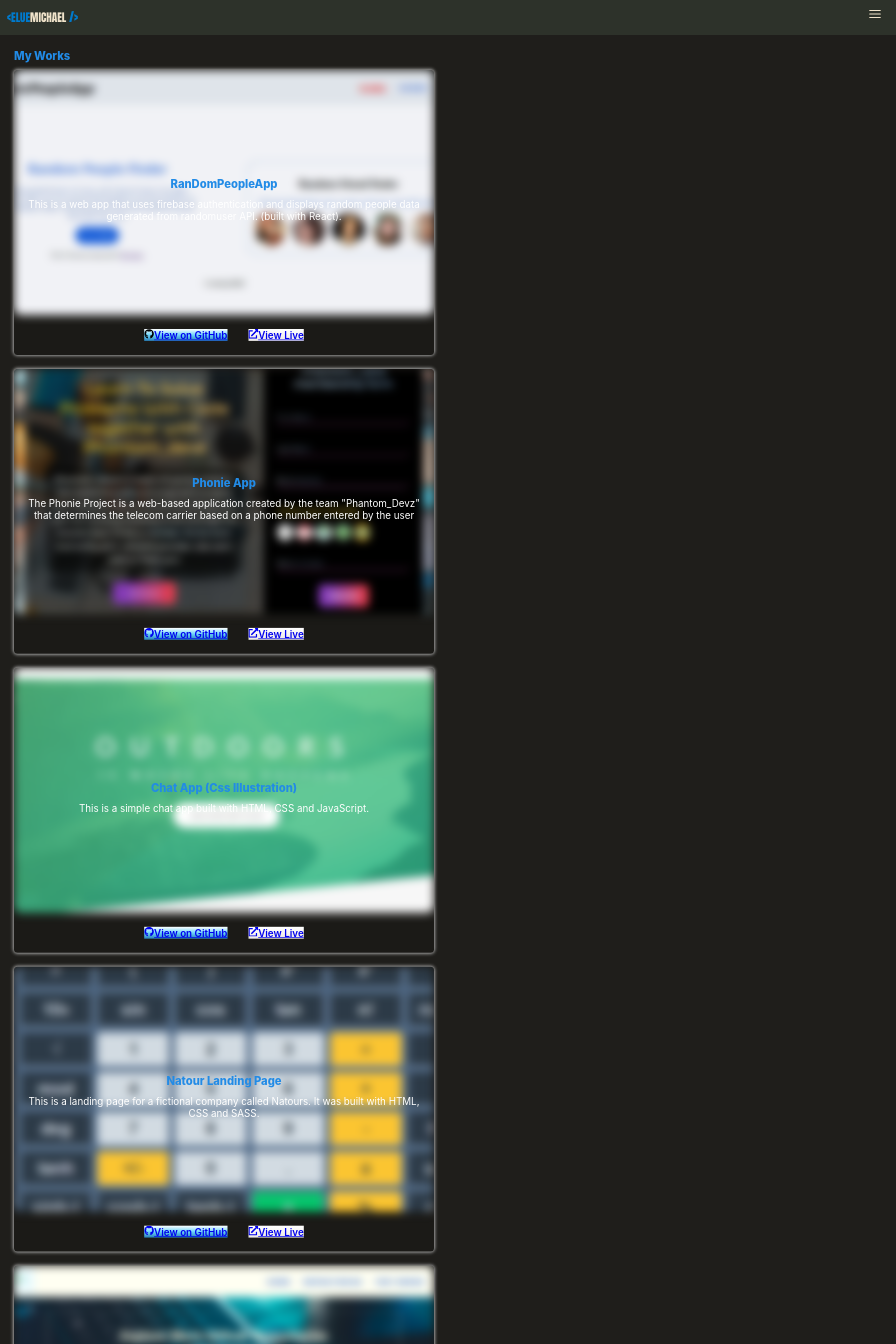
Repository: MikkyPrestige/portfolio
Page: /projects
The author's editor kept a copy of each file at every save. The page is drawn from the files as they stood at one save, then again after the next save.
The browser window is 1280 px wide. The pictures show the part of the page from y = 0 to 1920 px (the page is 5651 px tall before and 5326 px after), at 70% of full size.
The project was rebuilt for these pictures with package versions that can differ from the ones it lists, and the page was loaded fresh each time. Also part of the build but not shown: src/components/avatar.jsx, src/components/home.jsx, src/components/about.jsx, src/components/fallback.jsx.

Above is the page before, as saved 2023-02-21 18:32:34.

### public/index.html
<!DOCTYPE html>
<html lang="en">
  <head>
    <meta charset="utf-8" />
    <link rel="icon" href="%PUBLIC_URL%/favicon.ico" />
    <meta name="viewport" content="width=device-width, initial-scale=1" />
    <meta name="theme-color" content="#000000" />
    <meta
      name="description"
      content="Web site created using create-react-app"
    />
    <link rel="apple-touch-icon" href="%PUBLIC_URL%/logo192.png" />
    <!--
      manifest.json provides metadata used when your web app is installed on a
      user's mobile device or desktop. See https://developers.google.com/web/fundamentals/web-app-manifest/
    -->
    <link rel="manifest" href="%PUBLIC_URL%/manifest.json" />
    <!--
      Notice the use of %PUBLIC_URL% in the tags above.
      It will be replaced with the URL of the `public` folder during the build.
      Only files inside the `public` folder can be referenced from the HTML.

      Unlike "/favicon.ico" or "favicon.ico", "%PUBLIC_URL%/favicon.ico" will
      work correctly both with client-side routing and a non-root public URL.
      Learn how to configure a non-root public URL by running `npm run build`.
    -->
    <title>Elue Michael Portfolio</title>
  </head>
  <body>
    <noscript>You need to enable JavaScript to run this app.</noscript>
    <div id="root"></div>
    <!--
      This HTML file is a template.
      If you open it directly in the browser, you will see an empty page.

      You can add webfonts, meta tags, or analytics to this file.
      The build step will place the bundled scripts into the <body> tag.

      To begin the development, run `npm start` or `yarn start`.
      To create a production bundle, use `npm run build` or `yarn build`.
    -->
  </body>
</html>

### src/assets/styles/sass/main.scss
@import 'abstracts/variables';
@import 'base/utilities';
@import 'base/base';
@import 'layouts/header';
@import 'pages/home';
@import 'pages/about';
@import 'pages/projects';

// @media (prefers-reduced-motion: no-preference) {
//   .App-logo {
//     animation: App-logo-spin infinite 20s linear;
//   }
// }

// @keyframes App-logo-spin {
//   from {
//     transform: rotate(0deg);
//   }
//   to {
//     transform: rotate(360deg);
//   }
// }

### src/assets/styles/sass/abstracts/_variables.scss
:root {
  --color-primary: #cc4600;
  --color-secondary: #bb45cb;
  --color-tertiary: #eefff8;

  // MARK UP
  --color--markup: #FF8303;
  // TEXT
  --color--text: #F0E3CA;

  // BACKGROUND
  --color--bg: #2D322A;
  --color--bg-light: #242320;
  --color--bg-dark: #1B1A17;
  --color--bg-dark-2: #1F1E1B;
  //DARK
  --color--dark: rgba(22, 22, 22, 1);
  --color--dark-1: rgba(34, 34, 34, 1);
  --color--dark-2: rgba(45, 45, 45, 1);
  --color--dark-3: rgba(51, 51, 51, 1);
  --color--dark-4: rgba(189, 189, 189, 1);
  //WHITE
  --color--white: rgba(255, 255, 255, 1);
  --color--white-1: rgba(240, 227, 202, 1);
  --color--white-2: #ece9e6;
  --color--white-op: rgba(240, 227, 202, 0.76);

  // GRAY
  --color--gray: #ABB2BF;

  --light-blue: rgba(97, 218, 251, 1);
  --light-blue--1: #3bc9db;
  --light-blue--2: #6dd5fa;
  --dark-blue: rgba(0, 122, 204, 1);
  --dark-blue--1: #2980b9;
  --blue-cyan: #228be6;
  --dark-blue-op: rgba(6, 6, 7, 0.82);

  --color--green: rgba(131, 205, 41, 1);

  //Font size
  --font-size: 1rem;
  --font-size--small: 1.2rem;
  --font-size--medium: 1.4rem;
  --font-size--large: 1.6rem;
  --font-size--x-large: 1.8rem;
  --font-size--xx-large: 2rem;
  // ICON FONTS
  --font-size--icon: 3rem;
  --font-size--icon-1: 3.5rem;
  --font-size--icon-2: 4rem;


  //Font family
  --font-family: 'Roboto', sans-serif;
  --font--family--primary: 'Inter', sans-serif;
  --font-family--secondary: 'Inconsolata', monospace;
  --font-family--tertiary: 'Impact', sans-serif;
  --font-family--2: 'Fira Code', monospace;

  // FONT WEIGHT
  --font-weight--light: 300;
  --font-weight--regular: 400;
  --font-weight--medium: 600;
  --font-weight--bold: 800;
  --font-weight--boldest: 900;
}

### src/assets/styles/sass/base/_utilities.scss
.github-link-bg {
  background: linear-gradient(to top, var(--dark-blue--1), var(--light-blue--2), var(--color--white));
}

.live-link-bg {
  background: linear-gradient(to top, var(--color--white-2), var(--color--white));
}

### src/assets/styles/sass/base/_base.scss
*,
*::after,
*::before {
  margin: 0;
  padding: 0;
  box-sizing: border-box;
}

html {
  font-size: 62.5%;
  font-family: var(--font-family);
  color: var(--color-white);
  background-color: var(--color--bg);
}

::selection {
  background-color: var(--color-primary);
  color: var(--color-white);
}

### src/assets/styles/sass/layouts/_header.scss
.layout {
  width: 100%;
  height: 5rem;

  &--header {
    display: flex;
    justify-content: space-between;
    align-items: center;
    padding: 1rem;

    &__title {
      text-align: center;

      &__content {
        color: var(--color--text);
        font-family: var(--font-family--tertiary);
        font-size: var(--font-size--large);
        font-weight: var(--font-weight--regular);
        position: absolute;
        z-index: 1000;

        &__span {
          color: var(--dark-blue);
          font-size: var(--font-size--x-large);

          &--2 {
            color: var(--dark-blue);
          }
        }
      }
    }
  }

  &--menu {
    position: relative;

    &__button {
      position: fixed;
      top: 1rem;
      right: 2rem;
      z-index: 10;
      background-color: var(--color--bg);
      color: var(--color--text);
      border: none;
      font-size: var(--font-size--xx-large);
      font-weight: var(--font-weight--bold);
      cursor: pointer;
    }

    &__content {
      position: fixed;
      top: 0;
      right: 0;
      width: 0;
      max-width: 100%;
      height: 85%;
      background-color: var(--color--bg-dark);
      z-index: 5;
      overflow: hidden;

      &.show {
        width: 100%;
        transition: all 1s ease-in-out;
        -webkit-transition: all 1s ease-in-out;
        -moz-transition: all 1s ease-in-out;
        -ms-transition: all 1s ease-in-out;
        -o-transition: all 1s ease-in-out;
      }

      &__list {
        list-style: none;
        display: flex;
        flex-direction: column;
        justify-content: center;
        align-items: center;
        gap: 5rem;
        padding: 0;
        margin-top: 8rem;

        &__item {
          color: var(--dark-blue);
          font-family: var(--font-family--secondary);
          font-size: var(--font-size--large);
          font-weight: var(--font-weight--bold);
          font-style: normal;
          text-transform: capitalize;
          cursor: pointer;
          transition: all 1s ease-in-out;
          -webkit-transition: all 1s ease-in-out;
          -moz-transition: all 1s ease-in-out;
          -ms-transition: all 1s ease-in-out;
          -o-transition: all 1s ease-in-out;

          &:hover,
          &:active {
            color: var(--color--text);
          }

          span {
            color: var(--color--white-1);
          }
        }
      }
    }
  }


  &--large {
    display: none;
  }
}

### src/assets/styles/sass/pages/home.scss
.home {
  width: 100%;
  height: 100vh;
  background: radial-gradient(100% 100% at 50% 100%, var(--color--bg-dark-2) 21.52%, var(--color--bg-dark) 100%);

  &--contents {
    display: flex;
    flex-direction: column;
    justify-content: center;
    align-items: center;
    padding: 3rem 5rem;
    gap: 3rem;
  }

  &--content {
    display: flex;
    flex-direction: column;
    align-items: flex-start;
    padding: 0;
    gap: .5rem;

    &__title {
      font-family: var(--font-family--secondary);
      font-size: var(--font-size--x-large);
      font-weight: var(--font-weight--boldest);
      color: var(--dark-blue);
    }

    &__subtitle {
      font-family: var(--font-family--secondary);
      font-size: var(--font-size--large);
      font-weight: var(--font-weight--bold);
      color: var(--color--text);
    }

    &__desc {
      font-family: var(--font-family--secondary);
      font-size: var(--font-size--small);
      font-weight: var(--font-weight--regular);
      color: var(--color--white-1);
    }
  }

  &--avatar {
    border-radius: 5%;
    -webkit-border-radius: 5%;
    -moz-border-radius: 5%;
    -ms-border-radius: 5%;
    -o-border-radius: 5%;
    background-image: radial-gradient(circle, var(--blue-cyan) 5%, var(--light-blue--1) 95%);
  }
}

### src/assets/styles/sass/pages/_about.scss
.about {
  width: 100%;
  height: 100%;
  background-color: var(--color--bg-dark-2);
  color: var(--color--gray);

  &--wrapper {
    display: flex;
    flex-direction: column;
    justify-content: center;
    align-items: center;
    gap: 1rem;
  }

  &--desc {
    padding: 5rem;
    display: flex;
    flex-direction: column;
    justify-content: center;
    align-items: center;
    gap: 5rem;
  }

  &--img {
    position: relative;

    &__content1 {
      width: 3rem;
      height: 3rem;
      position: absolute;
      top: 0;
      left: 0;
      background: var(--dark-blue);
      transform: rotate(51.88deg);
    }

    &__content2 {
      width: 3rem;
      height: 3rem;
      position: absolute;
      top: 0;
      left: 0;
      background: var(--color--white-op);
    }
  }

  &--content {
    display: flex;
    flex-direction: column;
    justify-content: center;
    align-items: flex-start;
    gap: 2rem;
    font-family: var(--font-family--2);

    &__title {
      line-height: 2;

      &__head {
        font-size: var(--font-size--x-large);
        font-weight: var(--font-weight--medium);
      }

      &__span {
        color: var(--dark-blue);
      }

      &__subhead {
        font-size: var(--font-size--medium);
        font-weight: var(--font-weight--regular);
      }
    }

    &__text {
      padding-left: 3rem;
      line-height: 1.5;
      color: var(--color--text);

      &__head {
        font-size: var(--font-size--large);
        font-weight: var(--font-weight--regular);

        &__name {
          color: var(--blue-cyan);
          font-weight: var(--font-weight--medium);
        }
      }

      &__desc {
        font-size: var(--font-size--small);
        font-weight: var(--font-weight--regular);
      }
    }
  }

  &--skills {
    display: flex;
    flex-direction: column;
    justify-content: center;
    align-items: center;
    gap: 2rem;

    &__title__head {
      font-size: var(--font__title -size--x-large);
      font-weight: var(--font-weight--medium);
      color: var(--dark-blue);
      text-transform: capitalize;
    }

    &__icon {
      font-size: var(--font-size--medium);
      color: var(--color--white-1);
    }

    &__content {
      display: flex;
      flex-direction: column;
      align-items: flex-start;
      gap: 2rem;
      padding: 0;
      width: 100%;

      &__items {
        display: grid;
        grid-template-columns: repeat(2, 1fr);
        gap: 2rem 5rem;
        width: 100%;
        padding: 1rem 3rem;
        border-radius: 1rem;
        background-color: var(--color--bg-dark);

        &__card {
          display: flex;
          flex-direction: column;
          justify-content: center;
          align-items: center;
          padding: 1rem;
          width: 10rem;
          border-radius: 1rem;
          -webkit-border-radius: 1rem;
          -moz-border-radius: 1rem;
          -ms-border-radius: 1rem;
          -o-border-radius: 1rem;

          &__icon {
            font-size: var(--font-size--icon-2);
          }

          &__text {
            font-family: var(--font-family--secondary);
            font-size: var(--font-size--medium);
            font-weight: var(--font-weight--medium);
            color: var(--color--white-1);
          }
        }
      }
    }
  }
}

### src/assets/styles/sass/pages/_projects.scss
.project {
  padding: 2rem;
  background-color: var(--color--bg-dark-2);

  &--title {
    font-family: var(--font--family--secondary);
    font-size: var(--font-size--large);
    font-weight: var(--font-weight--bold);
    color: var(--blue-cyan);
    margin-bottom: 1rem;
  }

  &--wrapper {
    display: grid;
    grid-template-columns: repeat(1, 1fr);
    gap: 2rem;
    width: 100%;
  }

  &--card {
    background-color: var(--color--bg-dark);
    // margin: auto;
    padding: 1rem;
    border-radius: 0.5rem;
    box-shadow: 0 0 0.5rem 0.1rem var(--color--dark-4);
    transition: all 0.3s ease-in-out;
    position: relative;
    display: flex;
    flex-direction: column;
    justify-content: center;
    align-items: center;
    // height: 100%;
    max-width: 60rem;
    overflow-y: hidden;

    &:hover {
      transform: translateY(-0.5rem);
      box-shadow: 0 0 0.5rem 0.1rem var(--color--dark-4);
    }

    &__blur {
      position: absolute;
      top: 0;
      left: 0;
      width: 100%;
      height: 35rem;
      border-radius: 1rem;
      background-size: cover;
      background-position: center;
      background-repeat: no-repeat;
      filter: blur(0.7rem);
      //z-index: 1;

      &-1 {
        background-image: url(../../../images/randomApp.jpeg);
      }

      &-2 {
        background-image: url(../../../images/phonieApp.jpeg);
      }

      &-3 {
        background-image: url(../../../images/natours.jpeg);
      }

      &-4 {
        background-image: url(../../../images/calculator.jpeg);
      }

      &-5 {
        background-image: url(../../../images/repoApp.jpeg);
      }

      &-6 {
        background-image: url(../../../images/fylo.jpeg);
      }

      &-7 {
        background-image: url(../../../images/orderCard.jpeg);
      }

      &-8 {
        background-image: url(../../../images/phonyApp.jpeg);
      }

      &-9 {
        background-image: url(../../../images/ratingApp.jpeg);
      }

      &-10 {
        background-image: url(../../../images/chatAppCss.jpeg);
      }

      &-11 {
        background-image: url(../../../images/trillo.jpeg);
      }

      &-12 {
        background-image: url(../../../images/statsCard.jpeg);
      }

      &-13 {
        background-image: url(../../../images/phonyApp.jpeg);
      }

      &-14 {
        background-image: url(../../../images/shoebrand.jpeg);
      }
    }

    &__content {
      height: 35rem;
      width: 100%;
      display: flex;
      flex-direction: column;
      justify-content: center;
      align-items: center;
      gap: 1rem;
      position: relative;
      top: 0;
      left: 0;
      // z-index: 10;

      &__title {
        font-family: var(--font--family--secondary);
        font-size: var(--font-size--large);
        font-weight: var(--font-weight--bold);
        color: var(--blue-cyan);
      }

      &__desc {
        font-family: var(--font--family--secondary);
        font-size: var(--font-size--medium);
        font-weight: var(--font-weight--regular);
        color: var(--color--white);
        text-align: center;
      }
    }

    &__links {
      display: flex;
      align-items: center;
      gap: 3rem;
      text-decoration: none;
        padding: 1rem;
        border-radius: 0.5rem;
        font-family: var(--font--family--secondary);
        font-size: var(--font-size--medium);
        font-weight: var(--font-weight--medium);
        color: var(--color--white);

      &__link {
        // text-decoration: none;
        // padding: 1rem;
        // border-radius: 0.5rem;
        // font-family: var(--font--family--secondary);
        // font-size: var(--font-size--medium);
        // font-weight: var(--font-weight--medium);
        // color: var(--color--white);
        transition: all 0.3s ease-in-out;

        &:hover {
          color: var(--blue-cyan);
        }
      }
    }
  }
}

Loaded but not shown: src/index.css (common file); src/reportWebVitals.js (common file); src/index.js (21 lines, source omitted); src/App.js (22 lines, source omitted); src/components/projects.jsx (437 lines, source omitted); src/components/layout.jsx (141 lines, source omitted)

After the next save:
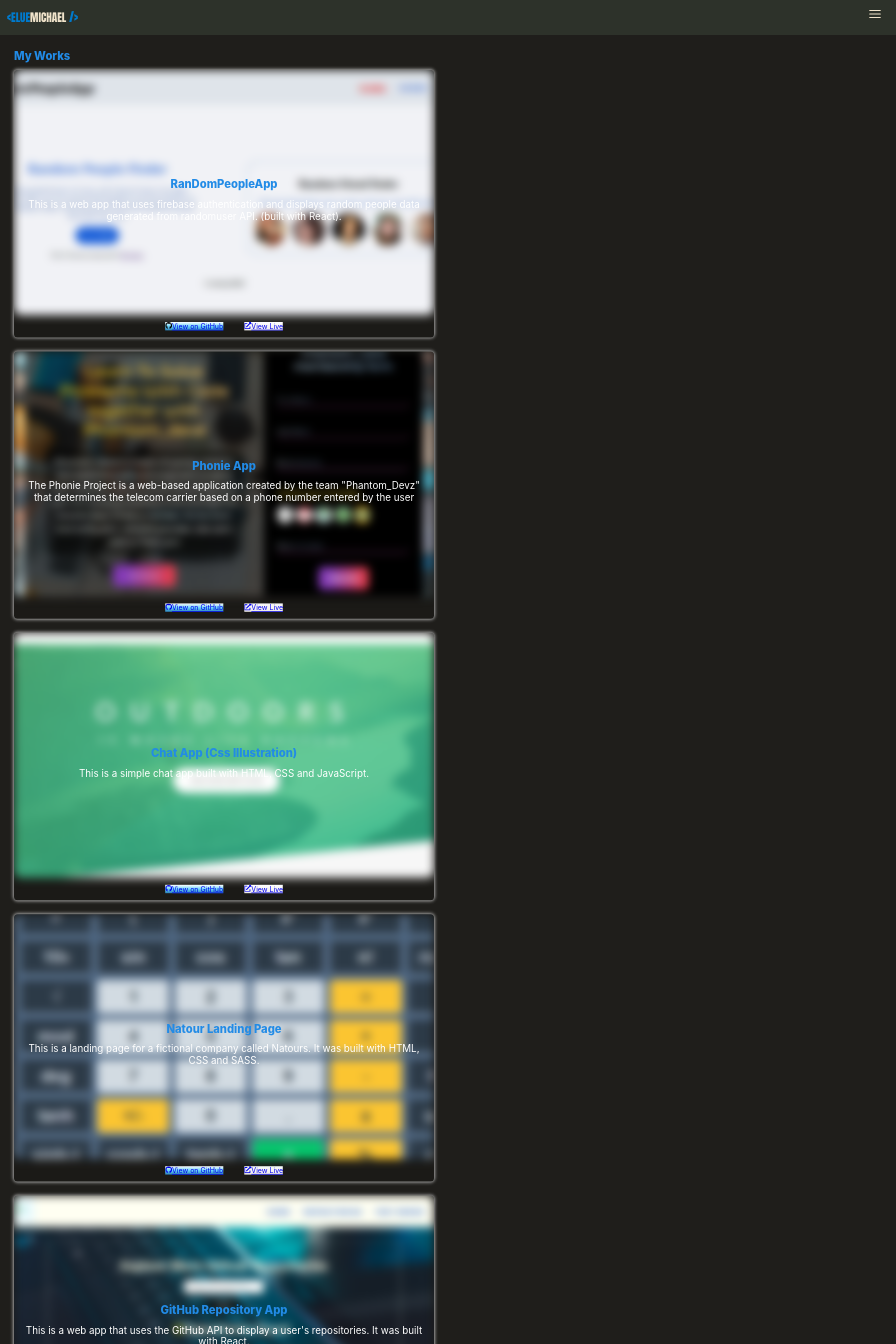
Saved 36 s later.
--- a/src/assets/styles/sass/pages/_projects.scss
+++ b/src/assets/styles/sass/pages/_projects.scss
@@ -141,13 +141,7 @@
       display: flex;
       align-items: center;
       gap: 3rem;
-      text-decoration: none;
-        padding: 1rem;
-        border-radius: 0.5rem;
-        font-family: var(--font--family--secondary);
-        font-size: var(--font-size--medium);
-        font-weight: var(--font-weight--medium);
-        color: var(--color--white);
+
 
       &__link {
         // text-decoration: none;

After the save that followed:
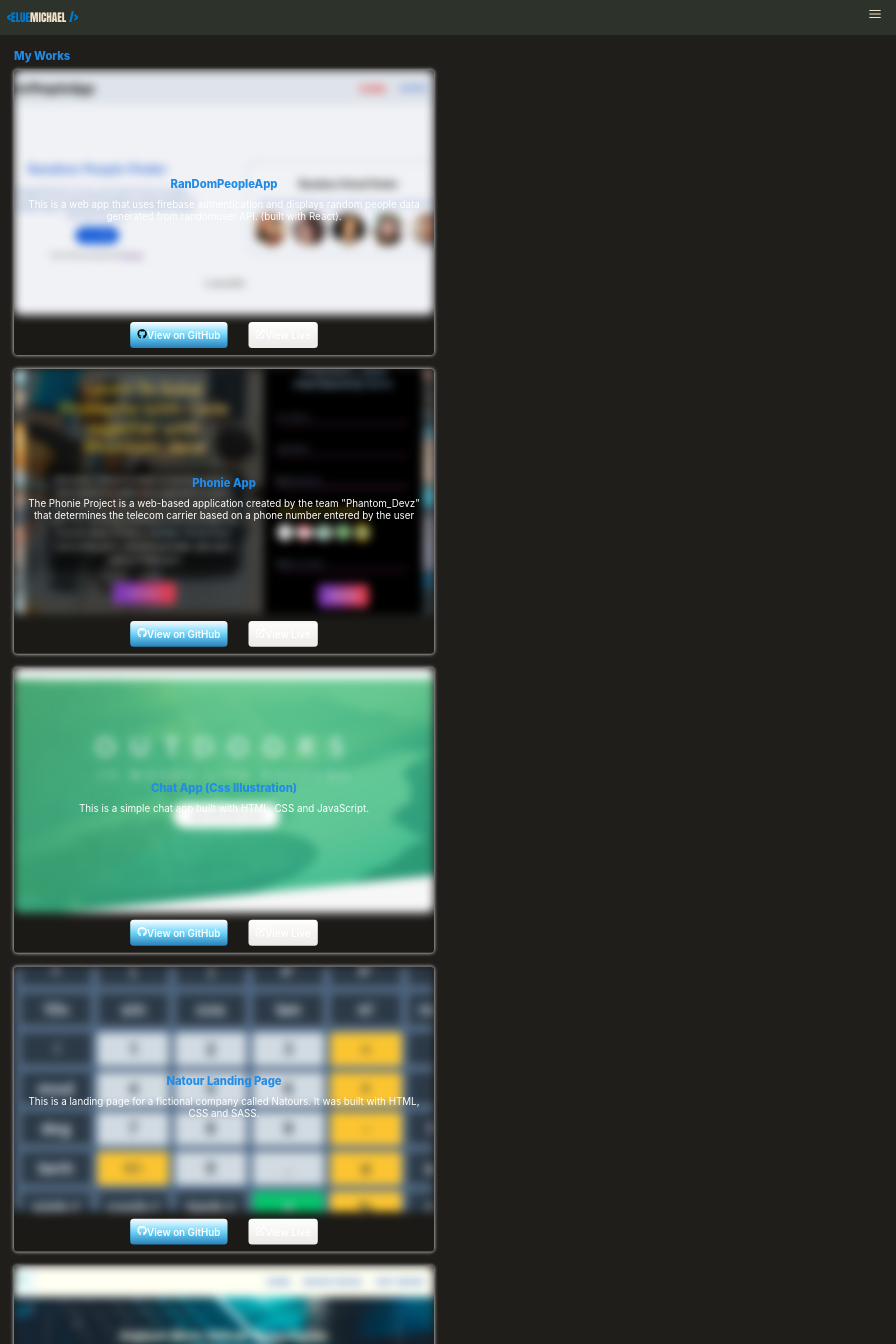
Saved 11 s later.
--- a/src/assets/styles/sass/pages/_projects.scss
+++ b/src/assets/styles/sass/pages/_projects.scss
@@ -142,15 +142,14 @@
       align-items: center;
       gap: 3rem;
 
-
       &__link {
-        // text-decoration: none;
-        // padding: 1rem;
-        // border-radius: 0.5rem;
-        // font-family: var(--font--family--secondary);
-        // font-size: var(--font-size--medium);
-        // font-weight: var(--font-weight--medium);
-        // color: var(--color--white);
+        text-decoration: none;
+        padding: 1rem;
+        border-radius: 0.5rem;
+        font-family: var(--font--family--secondary);
+        font-size: var(--font-size--medium);
+        font-weight: var(--font-weight--medium);
+        color: var(--color--white);
         transition: all 0.3s ease-in-out;
 
         &:hover {
